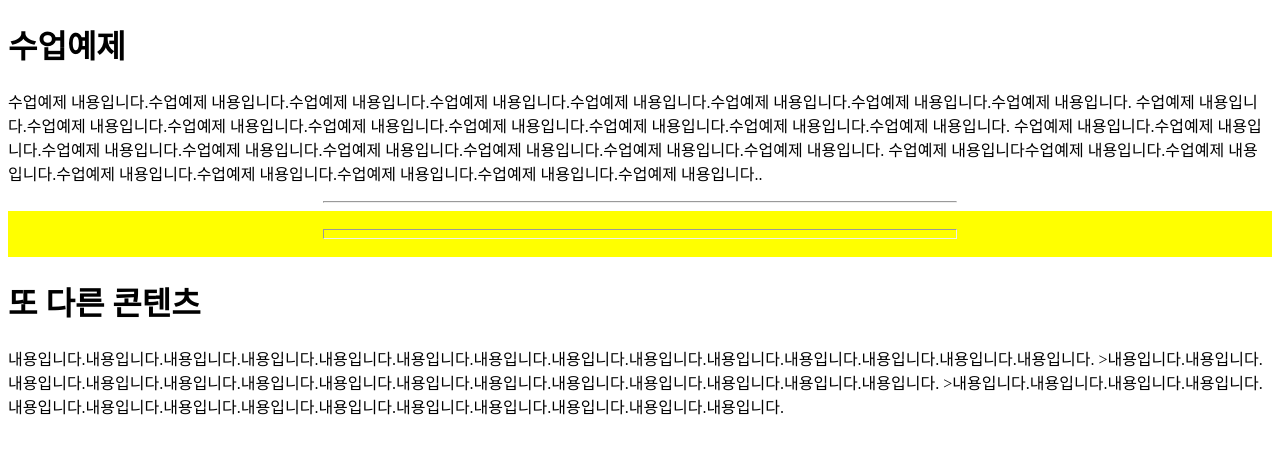
Repository: Chun0903/classStudy_github.io
Page: client/ClientTest/WebContent/ex08_hr.html
The author's editor kept a copy of each file at every save. The page is drawn from the files as they stood at one save, then again after the next save.
The browser window is 1280 px wide. The pictures show the whole page.

Above is the page before, as saved 2020-06-19 00:30:03.

### client/ClientTest/WebContent/ex08_hr.html
<!DOCTYPE html>
<html>
<head>
<meta charset="UTF-8">
<title>Insert title here</title>
</head>
<body>


	<!--

		<hr>
		- 수평바, 구분자
		- 문단과 ㅁ누잔으 구분하는 역할
		- 콘텐츠롸 콘텐츠를 구분하는 역할
		- 단독태그

	-->

	<h1>수업예제</h1>
	<p>수업예제 내용입니다.수업예제 내용입니다.수업예제 내용입니다.수업예제 내용입니다.수업예제 내용입니다.수업예제 내용입니다.수업예제 내용입니다.수업예제 내용입니다.
	수업예제 내용입니다.수업예제 내용입니다.수업예제 내용입니다.수업예제 내용입니다.수업예제 내용입니다.수업예제 내용입니다.수업예제 내용입니다.수업예제 내용입니다.
	수업예제 내용입니다.수업예제 내용입니다.수업예제 내용입니다.수업예제 내용입니다.수업예제 내용입니다.수업예제 내용입니다.수업예제 내용입니다.수업예제 내용입니다.
	수업예제 내용입니다수업예제 내용입니다.수업예제 내용입니다.수업예제 내용입니다.수업예제 내용입니다.수업예제 내용입니다.수업예제 내용입니다.수업예제 내용입니다..</p>

	<!--

		HTML 속성 종류(형태)
		1. 숫자
			-px(픽셀) > 화소 > 화상을 구성하는 최소 단위(단일 색상으로 구성).
							절대값
			-% > 상대값(백분율 -> 부모 태그를 기준으로 삼는다.)

		<hr> 속성
		1. size: 두께
		2 width: 너비(100%)
		3. align: 수평 정렬(자신)

	-->

	<hr align="center" width="50%">

	<div style="background-color:yellow;padding: 10px 0px; width=300px;">
	<hr size="10" width="50%">
	</div>

	<h1>또 다른 콘텐츠</h1>
	<p>내용입니다.내용입니다.내용입니다.내용입니다.내용입니다.내용입니다.내용입니다.내용입니다.내용입니다.내용입니다.내용입니다.내용입니다.내용입니다.내용입니다.
	>내용입니다.내용입니다.내용입니다.내용입니다.내용입니다.내용입니다.내용입니다.내용입니다.내용입니다.내용입니다.내용입니다.내용입니다.내용입니다.내용입니다.
	>내용입니다.내용입니다.내용입니다.내용입니다.내용입니다.내용입니다.내용입니다.내용입니다.내용입니다.내용입니다.내용입니다.내용입니다.내용입니다.내용입니다.</p>


</body>
</html>

After the next save:
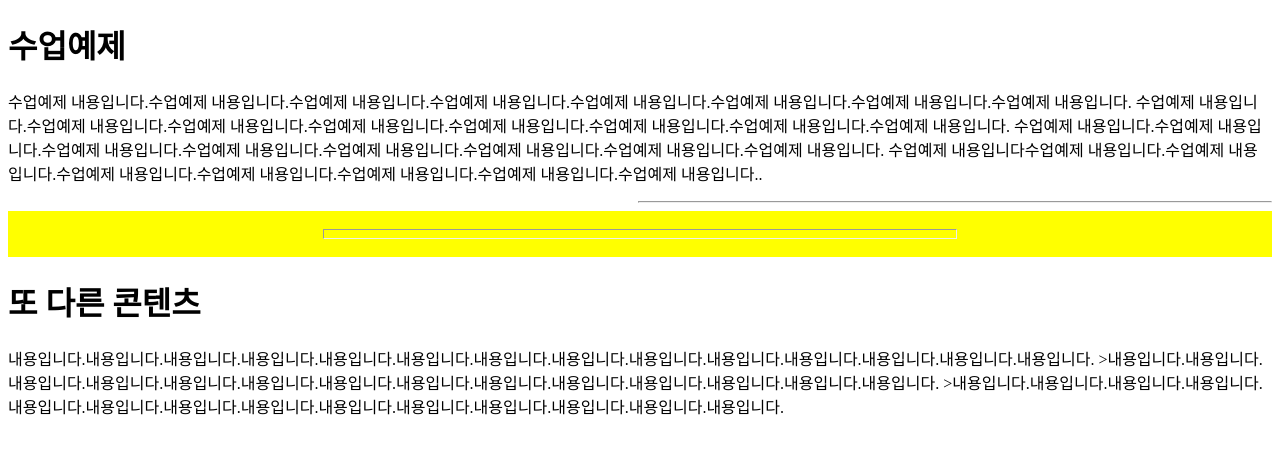
Saved 12 s later.
--- a/client/ClientTest/WebContent/ex08_hr.html
+++ b/client/ClientTest/WebContent/ex08_hr.html
@@ -38,7 +38,7 @@
 
 	-->
 
-	<hr align="center" width="50%">
+	<hr align="right" width="50%">
 
 	<div style="background-color:yellow;padding: 10px 0px; width=300px;">
 	<hr size="10" width="50%">
